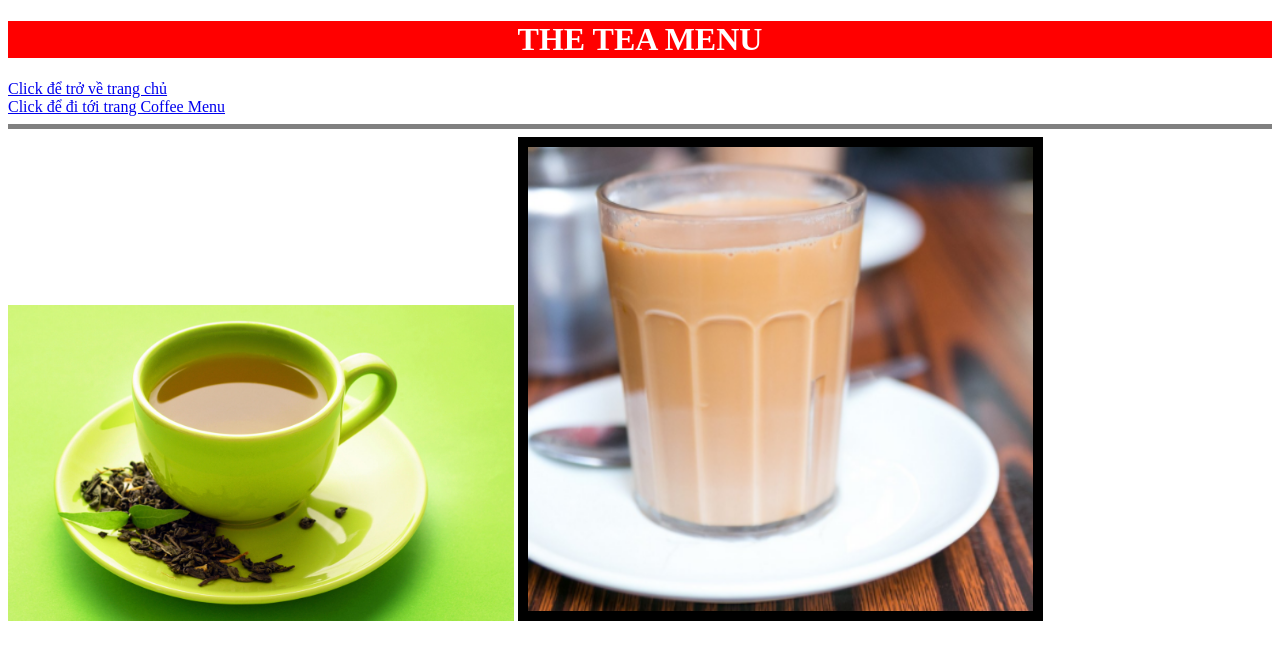
Repository: giahuy405/HomeWork_Coffee
Page: tea.html
An editor plug-in stored every save of this project. The page is shown before and after the next save, followed by the edit.
The browser window is 1280 px wide. The pictures show the whole page.

Above is the page before, as saved 2022-09-07 01:30:33.

After the next save:
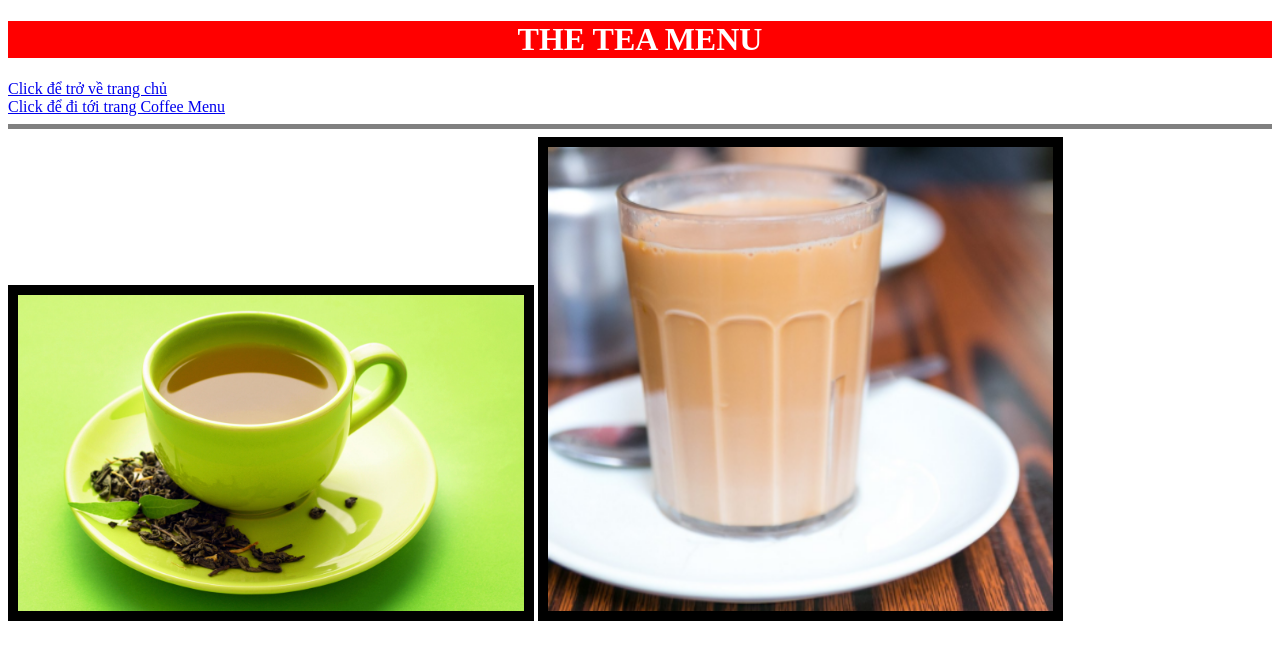
Saved 10 s later.
--- a/tea.html
+++ b/tea.html
@@ -16,7 +16,7 @@
         <hr size="5px" noshade>
     </header>
     <div class="intro-img">
-        <img style="width:40%" src="./img/Green-Tea.jpg" alt="">
+        <img style="width:40%;border: 10px solid black" src="./img/Green-Tea.jpg" alt="">
         <img style="width:40%;border: 10px solid black;" src="./img/milktea.png" alt="">
     </div>
 </body>
